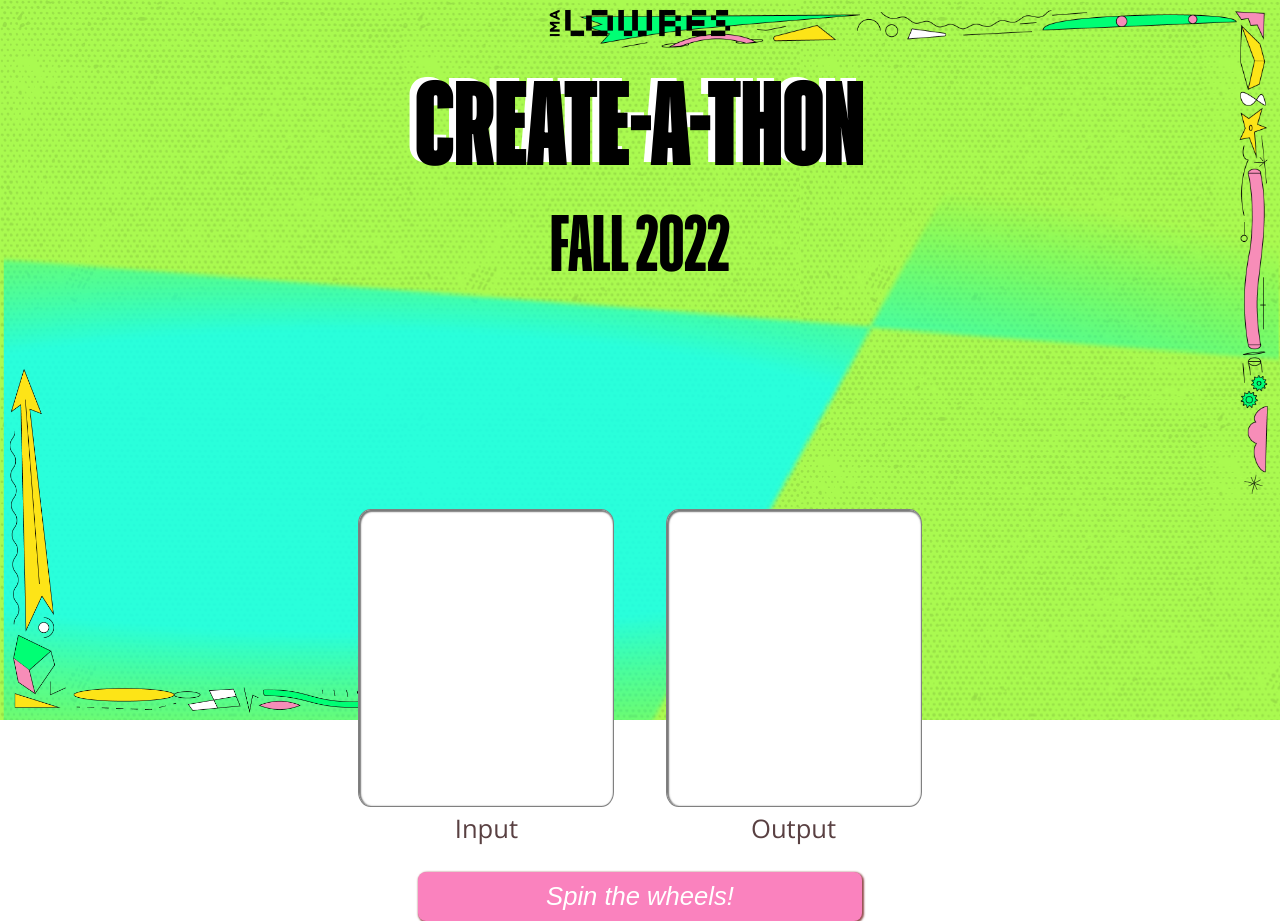
Repository: fakebrianho/IMA-Low-Res-Create-Athon-2022
Page: docs/project-generator/index.html
These files come from the project's save history. The page is drawn as it stood at one moment and after the next save; the edit follows.
The browser window is 1280 px wide. The pictures show the whole page.

Above is the page before, as saved 2022-10-26 23:29:42.
Not found: docs/project-generator/libraries/p5.dom.js
Not found: docs/project-generator/libraries/p5.js
Not found: docs/project-generator/libraries/p5.sound.js

### docs/project-generator/index.html
<!DOCTYPE html>
<html>

<head>
  <script src="libraries/p5.js"></script>
  <script src="libraries/p5.dom.js"></script>
  <script src="libraries/p5.sound.js"></script>
  <link
    href="https://fonts.googleapis.com/css2?family=Open+Sans:ital,wght@0,300;0,400;0,600;0,700;0,800;1,300;1,400;1,600;1,700;1,800&display=swap"
    rel="stylesheet">
  <link rel="stylesheet" type="text/css" href="style.css">
  <meta charset="utf-8">
  <title>Create-Athon Project Generator</title>
</head>

<body>
  <header>

  </header>

  <section>
    <div id='center-container'>
      <img src="image/lowres_logo_black.png" style="max-width: 200px">
      <h1>Create-a-Thon</h1>
      <h2>Fall 2022</h2>
    </div>
    <div id="wheel-container">

      <div class="prompt" id="input-prompt">
        <div class="changing-segment">
          <div id="inputs">
          </div>
        </div>
        <div class="prompt-label" id="input-label">Input</div>
      </div>

      <div class="prompt" id="output-prompt">
        <div class="changing-segment">
          <div id="outputs">
          </div>
        </div>
        <div class="prompt-label" id="output-label">Output</div>
      </div>

    </div>

    <div id="button-container">
      <button> Spin the wheels! </button>
    </div>

  </section>

  <script src="sketch.js"></script>
  <script src="wheel.js"></script>

</body>

</html>

### docs/project-generator/style.css
@font-face {
	src: url('font/BildVariableV3-VF.woff2') format('woff2-variations'),
		url('font/BildVariableV3-VF.woff') format('woff');
	font-family: 'Bild Variable V3 Web';
	font-weight: 700 900;
	font-style: normal;
}

html,
body {
	margin: 0;
	padding: 0;
	width: 100%;
	height: 100%;
	box-sizing: border-box;
	font-family: 'Open Sans', sans-serif;
}

section {
	width: 100%;
	height: 100%;
	position: absolute;
	background: url(image/bg_border-top.png), url(image/bg_border-bottom.png),
		url(image/bg_gradient.png), url(image/bg_texture.png), #aafa50;
	background-repeat: no-repeat, no-repeat, no-repeat, repeat;
	background-size: auto 70vh, auto 50vh, 100vw 120vh, 800px auto;
	background-position: right top, left 50vh, left 25vh, 0 0;
}

div {
	/* position: absolute; */
	text-align: center;
}

h1 {
	font-family: 'Bild Variable V3 Web';
	font-size: 120px;
	font-weight: 900;
	hyphens: true;
	font-synthesis: none;
	text-transform: uppercase;
	text-shadow: -7px -3px #ffffff;
	margin: 0;
	font-variation-settings: 'wdth' 60;
}

h2 {
	font-family: 'Bild Variable V3 Web';
	font-size: 80px;
	font-weight: 700;
	hyphens: true;
	font-synthesis: none;
	margin: 0;
	text-transform: uppercase;
	font-variation-settings: 'wdth' 100;
}
/* #center-container {
	margin-top: 80px;
	position: absolute;
} */

p {
	position: relative;
	overflow: hidden;
	overflow-x: auto;
}

#wheel-container {
	display: flex;
	justify-content: center;
	margin-top: 15%;
	overflow: hidden;
}

.prompt {
	display: flex;
	flex-direction: column;
	width: 20%;
	padding: 2%;
	text-align: center;
	overflow: hidden;
}

.changing-segment {
	box-shadow: 1px 1px 1.5px 1px #777 inset;
	border-radius: 5%;
	border-style: groove;
	border-color: gray;
	border-width: 1px;
	position: relative;
	overflow: none;
	background-color: #fff;
	color: black;
	height: 17rem;
	padding: 1rem 0 0.5rem 0;
	font-size: 1.2rem;
	line-height: 1.55rem;
}

#inputs,
#outputs {
	padding: 5%;
}

.prompt-label {
	color: #594042;
	margin-top: 0.3rem;
	font-size: 1.6rem;
}

#button-container {
	margin-top: 0%;
	text-align: center;
}

button {
	background: #fa82be;
	/* background: #96c8dc; */
	cursor: pointer;
	box-shadow: 1px 1px 2px 1px rgb(148, 79, 79);
	color: white;
	border-width: 0px;
	border-radius: 0.5rem;
	padding: 0.8% 10% 0.8% 10%;
	font-size: 1.6rem;
	font-weight: 400;
	font-style: italic;
}

### docs/presentation-order/sketch.js
let spinButton;
let data;
let inputWheel, outputWheel;
let clickSound, endSound, gameShow;
let isSpinning = false;
let resourcesAvailable = false;

function preload() {
  data = loadJSON('data/generator.json');
  //sounds are public domain
  clickSound = loadSound('sound/faded_sine.mp3');
  endSound = loadSound('sound/Electronic_Chime-KevanGC-495939803.mp3');
  // maybe not this sound?
  gameShow = loadSound('sound/gameshow_short.mp3');
}

function windowResized(){
  resizeCanvas(windowWidth, windowHeight);
}

function setup() {
  frameRate(60);

  clickSound.setVolume(0.4);
  gameShow.setVolume(0.5);

  inputWheel = new Wheel(
    '#inputs',
    data.input
  );
  outputWheel = new Wheel(
    '#outputs',
    data.output
  );

  spinButton = select('button');
  spinButton.mouseClicked(startSpin);
}

function draw() {

  // workaround, see line 69
  // if (inputWheel.spin) {
  //   // inputWheel.move();
  // }
  if (outputWheel.spin) {
    outputWheel.move();
  }

  if(isSpinning){
    if(inputWheel.difference == 0 && outputWheel.difference == 0){
      endSound.play();
      setTimeout(() => {  gameShow.play(); }, 100);
      isSpinning = false;
    }
  }

}

function startSpin(

  clickEvent,
  targetInput = floor(random(data.input.length)),
  targetOutput = floor(random(data.output.length)),

) {
  isSpinning = true;

  // inputWheel.target = targetInput; // not the target that displays!!
  // inputWheel.spin = true;
  inputWheel.update(targetInput);
  // inputWheel.resetAriaHidden();

  outputWheel.target = targetOutput;
  outputWheel.spin = true;
  outputWheel.resetAriaHidden();

  // console.log(
  //   'make a something where the input is ' +
  //     data.input[targetInput] +
  //     ' and an output is ' +
  //     data.output[targetOutput]
  // );

  // remove data from array here
  console.log(data.input[targetInput]);
  data.input.splice(targetInput, 1);
  console.log(data.input);
}

### docs/project-generator/wheel.js
class Wheel {
    constructor(parentID, data, count = 5, startIndex = 0) {
        this.count = count;
        this.data = data;
        this.numOfCycles = Math.floor(random(2,4));
        this.startIndex = startIndex;
        this.currentIndex = this.startIndex - this.data.length*this.numOfCycles;
        this.parentID = parentID;
        this.elements = [];
        this.position = [];
        this.target = startIndex;
        this.speed = 5;
        this.difference = 0;

        for (let i = 0; i < this.count; i++) {
            this.elements[i] = createP(this.data[(this.startIndex + i - floor(this.count / 2)) % this.data.length]);
            this.elements[i].parent(this.parentID);
            this.elements[i].attribute('aria-hidden', true);
            this.elements[i].style('color', rgbToHex(int(random(120)), int(random(120)), int(random(120))));
            this.position[i] = this.elements[i].position();
            if (i == floor(this.count / 2)) {
                this.elements[i].attribute('aria-hidden', false);
            } else {
                this.elements[i].style('visibility', 'hidden');
            }
        }
        // this feels hacky?
        this.startTop = this.position[0].y;
        this.currTop = parseInt(this.elements[0].style('top'));
        this.distanceBetweenElements = this.position[1].y - this.position[0].y;

        this.spin = false;
    }

    resetAriaHidden() {
        for (let i = 0; i < this.count; i++) {
            this.elements[i].attribute('aria-hidden', true);
            this.elements[i].style('visibility', 'visible');
        }
    }
    move() {
        this.currTop -= this.speed;

        this.difference = int(this.target) - int(this.currentIndex);
        this.speed = 60 * abs((this.difference) % (this.data.length*this.numOfCycles*2)) / (this.data.length*this.numOfCycles*2);

        // console.log(this.data[this.target],this.target, this.currentIndex, this.difference, (this.data.length*this.numOfCycles), this.speed);
        if (this.currTop < -this.distanceBetweenElements / 2) {
            clickSound.play();
            this.currentIndex++;
            this.startIndex = this.currentIndex + this.data.length*this.numOfCycles;
            this.startIndex %= this.data.length;
            this.elements[0].remove();
            this.currTop = 0;
            this.elements.splice(0, 1);
            this.elements.push(createP(this.data[(this.data.length + this.startIndex + floor(this.count / 2)) % this.data.length]));
            this.elements[this.elements.length - 1].parent(this.parentID);
            this.elements[this.elements.length - 1].attribute('aria-hidden', true);
            this.elements[this.elements.length - 1].style('color', rgbToHex(int(random(120)), int(random(120)), int(random(120))));
        }
        for (let i = 0; i < this.elements.length; i++) {
            this.elements[i].style('top', this.currTop + 'px');
        }
          if (this.difference == 0) {
            this.spin = false;
            this.numOfCycles = floor(random(2,5));
            this.currentIndex = this.startIndex - this.data.length*this.numOfCycles;
            for (let i = 0; i < this.elements.length; i++) {
                if (i == floor(this.elements.length / 2)) {
                    this.elements[i].attribute('aria-hidden', false);
                    this.elements[i].addClass('wrap');
                } else {
                    this.elements[i].style('visibility', 'hidden');
                }
            }
        }
    }
}

function componentToHex(c) {
    var hex = c.toString(16);
    return hex.length == 1 ? "0" + hex : hex;
}

function rgbToHex(r, g, b) {
    return "#" + componentToHex(r) + componentToHex(g) + componentToHex(b);
}

After the next save:
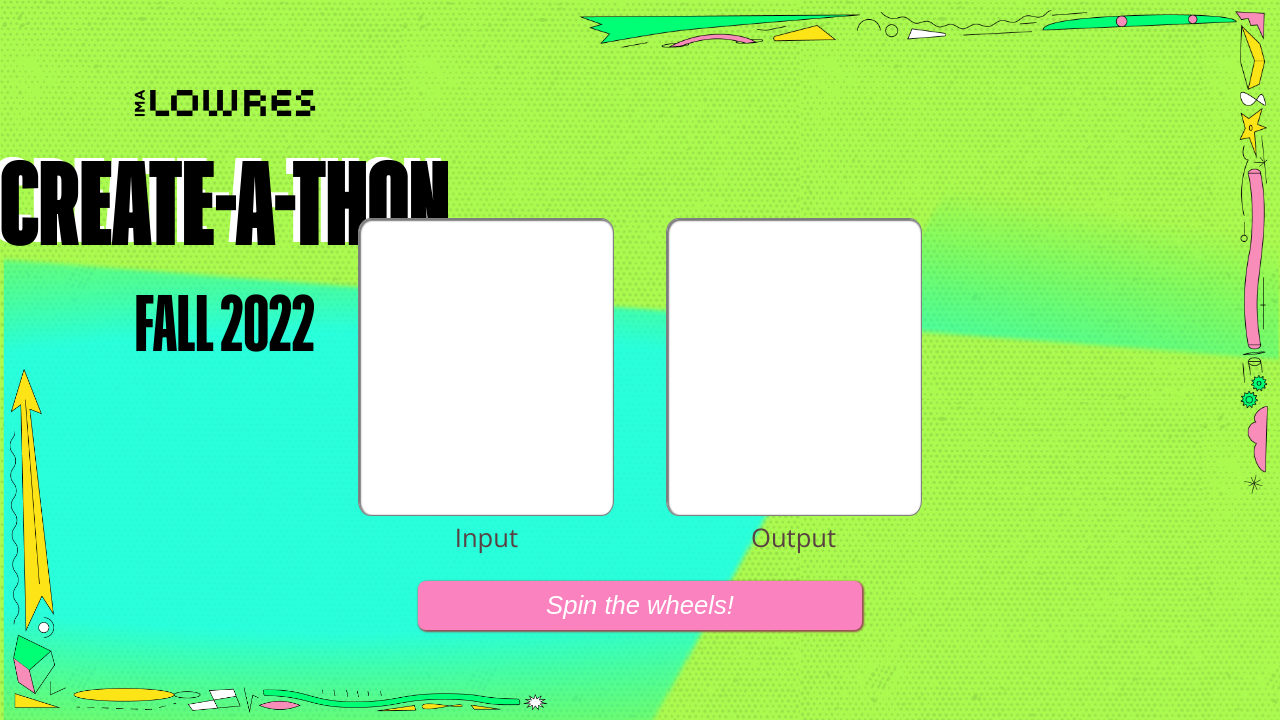
Saved 15 s later.
--- a/docs/project-generator/style.css
+++ b/docs/project-generator/style.css
@@ -28,7 +28,6 @@
 }
 
 div {
-	/* position: absolute; */
 	text-align: center;
 }
 
@@ -54,10 +53,10 @@
 	text-transform: uppercase;
 	font-variation-settings: 'wdth' 100;
 }
-/* #center-container {
+#center-container {
 	margin-top: 80px;
-	position: absolute;
-} */
+	position: fixed;
+}
 
 p {
 	position: relative;
